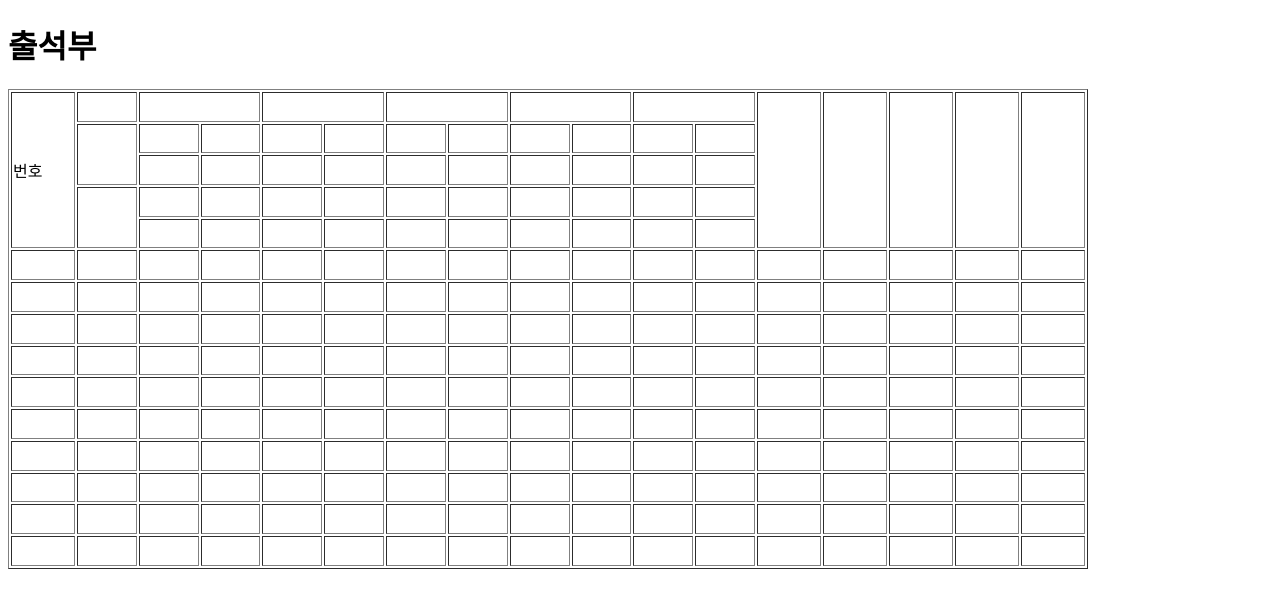
Repository: Hwang-97/HhwDesktop
Page: client/ClientTest/src/main/webapp/html/question/table/q02.html
An editor plug-in stored every save of this project. The page is shown before and after the next save, followed by the edit.
The browser window is 1280 px wide. The pictures show the whole page.

Above is the page before, as saved 2021-12-10 07:49:13.

### client/ClientTest/src/main/webapp/html/question/table/q02.html
<!DOCTYPE html>
<html>
<head>
<meta charset="UTF-8">
<title>Q02</title>
</head>
<body>
<h1>출석부</h1>
<table border width ="1080" height="480">
	<tr>
		<td rowspan="5" width ="60">번호</td>
		<td></td>
		<td Colspan="2"></td>
		<td Colspan="2"></td>
		<td Colspan="2"></td>
		<td Colspan="2"></td>
		<td Colspan="2"></td>
		<td rowspan="5" width ="60"></td>
		<td rowspan="5" width ="60"></td>
		<td rowspan="5" width ="60"></td>
		<td rowspan="5" width ="60"></td>
		<td rowspan="5" width ="60"></td>
	</tr>
	<tr>
		<td rowspan="2"></td>
		<td></td>
		<td></td>
		<td></td>
		<td></td>
		<td></td>
		<td></td>
		<td></td>
		<td></td>
		<td></td>
		<td></td>
	</tr>
	<tr>
		<td></td>
		<td></td>
		<td></td>
		<td></td>
		<td></td>
		<td></td>
		<td></td>
		<td></td>
		<td></td>
		<td></td>
	</tr>
	<tr>
		<td rowspan="2"></td>
		<td></td>
		<td></td>
		<td></td>
		<td></td>
		<td></td>
		<td></td>
		<td></td>
		<td></td>
		<td></td>
		<td></td>
	</tr>
	<tr>
		<td></td>
		<td></td>
		<td></td>
		<td></td>
		<td></td>
		<td></td>
		<td></td>
		<td></td>
		<td></td>
		<td></td>
	</tr>
	<tr>
		<td></td>
		<td></td>
		<td></td>
		<td></td>
		<td></td>
		<td></td>
		<td></td>
		<td></td>
		<td></td>
		<td></td>
		<td></td>
		<td></td>
		<td></td>
		<td></td>
		<td></td>
		<td></td>
		<td></td>
	</tr>
	<tr>
		<td></td>
		<td></td>
		<td></td>
		<td></td>
		<td></td>
		<td></td>
		<td></td>
		<td></td>
		<td></td>
		<td></td>
		<td></td>
		<td></td>
		<td></td>
		<td></td>
		<td></td>
		<td></td>
		<td></td>
	</tr>
	<tr>
		<td></td>
		<td></td>
		<td></td>
		<td></td>
		<td></td>
		<td></td>
		<td></td>
		<td></td>
		<td></td>
		<td></td>
		<td></td>
		<td></td>
		<td></td>
		<td></td>
		<td></td>
		<td></td>
		<td></td>
	</tr>
	<tr>
		<td></td>
		<td></td>
		<td></td>
		<td></td>
		<td></td>
		<td></td>
		<td></td>
		<td></td>
		<td></td>
		<td></td>
		<td></td>
		<td></td>
		<td></td>
		<td></td>
		<td></td>
		<td></td>
		<td></td>
	</tr>
	<tr>
		<td></td>
		<td></td>
		<td></td>
		<td></td>
		<td></td>
		<td></td>
		<td></td>
		<td></td>
		<td></td>
		<td></td>
		<td></td>
		<td></td>
		<td></td>
		<td></td>
		<td></td>
		<td></td>
		<td></td>
	</tr>
	<tr>
		<td></td>
		<td></td>
		<td></td>
		<td></td>
		<td></td>
		<td></td>
		<td></td>
		<td></td>
		<td></td>
		<td></td>
		<td></td>
		<td></td>
		<td></td>
		<td></td>
		<td></td>
		<td></td>
		<td></td>
	</tr>
	<tr>
		<td></td>
		<td></td>
		<td></td>
		<td></td>
		<td></td>
		<td></td>
		<td></td>
		<td></td>
		<td></td>
		<td></td>
		<td></td>
		<td></td>
		<td></td>
		<td></td>
		<td></td>
		<td></td>
		<td></td>
	</tr>
	<tr>
		<td></td>
		<td></td>
		<td></td>
		<td></td>
		<td></td>
		<td></td>
		<td></td>
		<td></td>
		<td></td>
		<td></td>
		<td></td>
		<td></td>
		<td></td>
		<td></td>
		<td></td>
		<td></td>
		<td></td>
	</tr>
	<tr>
		<td></td>
		<td></td>
		<td></td>
		<td></td>
		<td></td>
		<td></td>
		<td></td>
		<td></td>
		<td></td>
		<td></td>
		<td></td>
		<td></td>
		<td></td>
		<td></td>
		<td></td>
		<td></td>
		<td></td>
	</tr>
	<tr>
		<td></td>
		<td></td>
		<td></td>
		<td></td>
		<td></td>
		<td></td>
		<td></td>
		<td></td>
		<td></td>
		<td></td>
		<td></td>
		<td></td>
		<td></td>
		<td></td>
		<td></td>
		<td></td>
		<td></td>
	</tr>
</table>
</body>
</html>

After the next save:
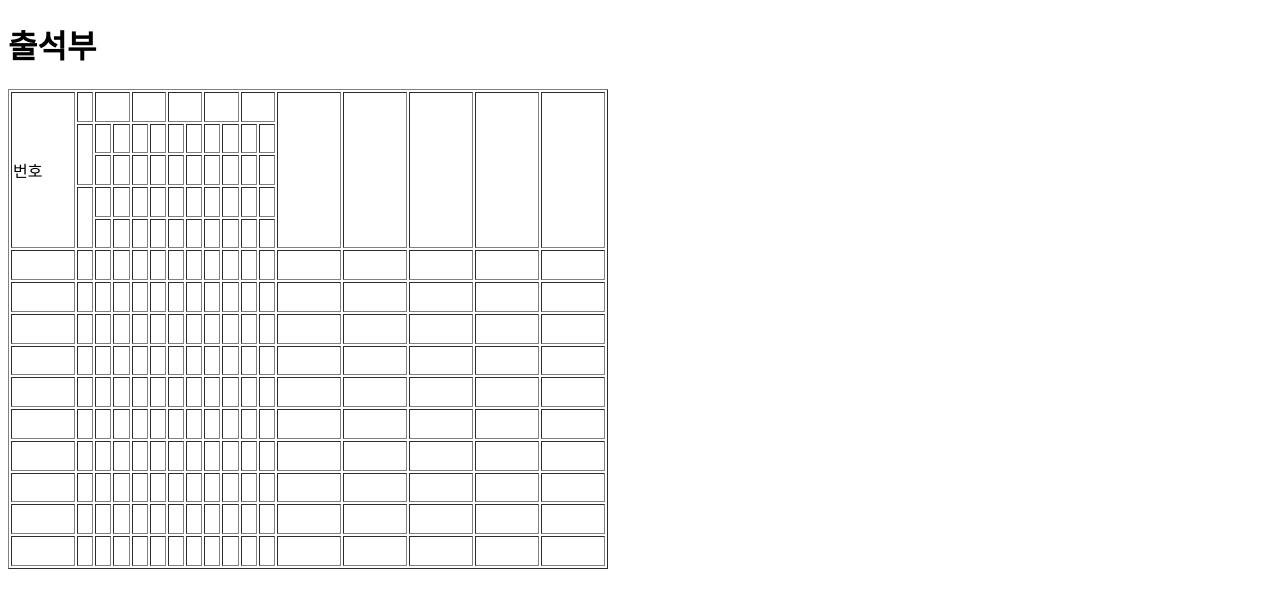
Saved 32 s later.
--- a/client/ClientTest/src/main/webapp/html/question/table/q02.html
+++ b/client/ClientTest/src/main/webapp/html/question/table/q02.html
@@ -6,7 +6,7 @@
 </head>
 <body>
 <h1>출석부</h1>
-<table border width ="1080" height="480">
+<table border width ="600" height="480">
 	<tr>
 		<td rowspan="5" width ="60">번호</td>
 		<td></td>

After the save that followed:
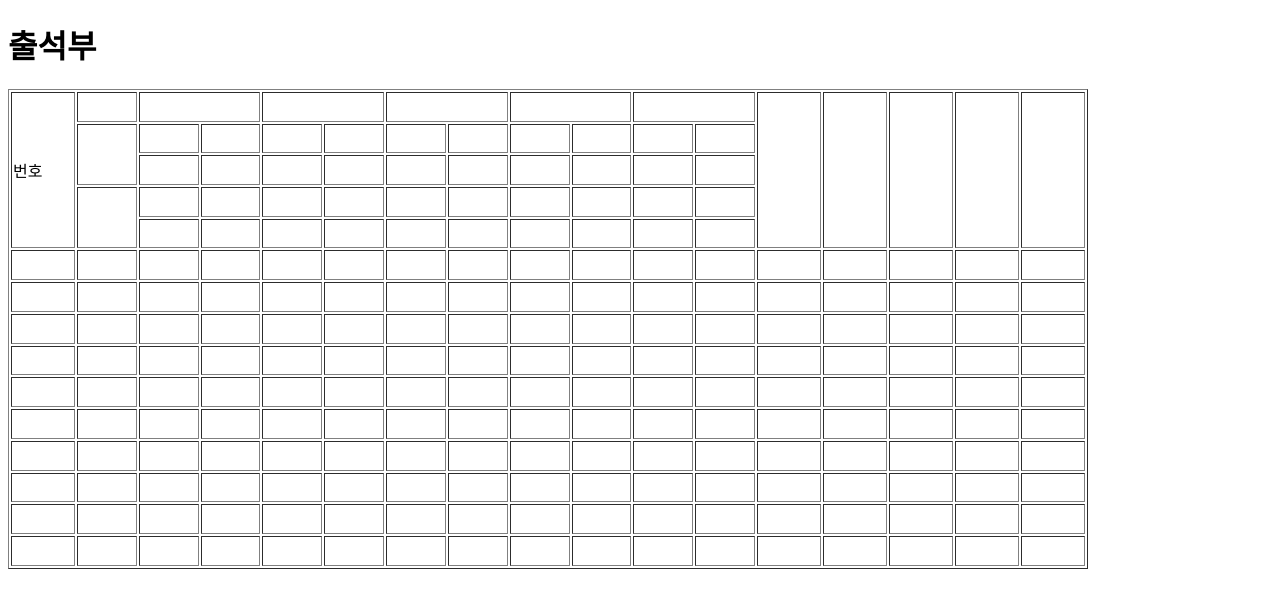
Saved 35 s later.
--- a/client/ClientTest/src/main/webapp/html/question/table/q02.html
+++ b/client/ClientTest/src/main/webapp/html/question/table/q02.html
@@ -6,7 +6,7 @@
 </head>
 <body>
 <h1>출석부</h1>
-<table border width ="600" height="480">
+<table border width ="1080" height="480">
 	<tr>
 		<td rowspan="5" width ="60">번호</td>
 		<td></td>
